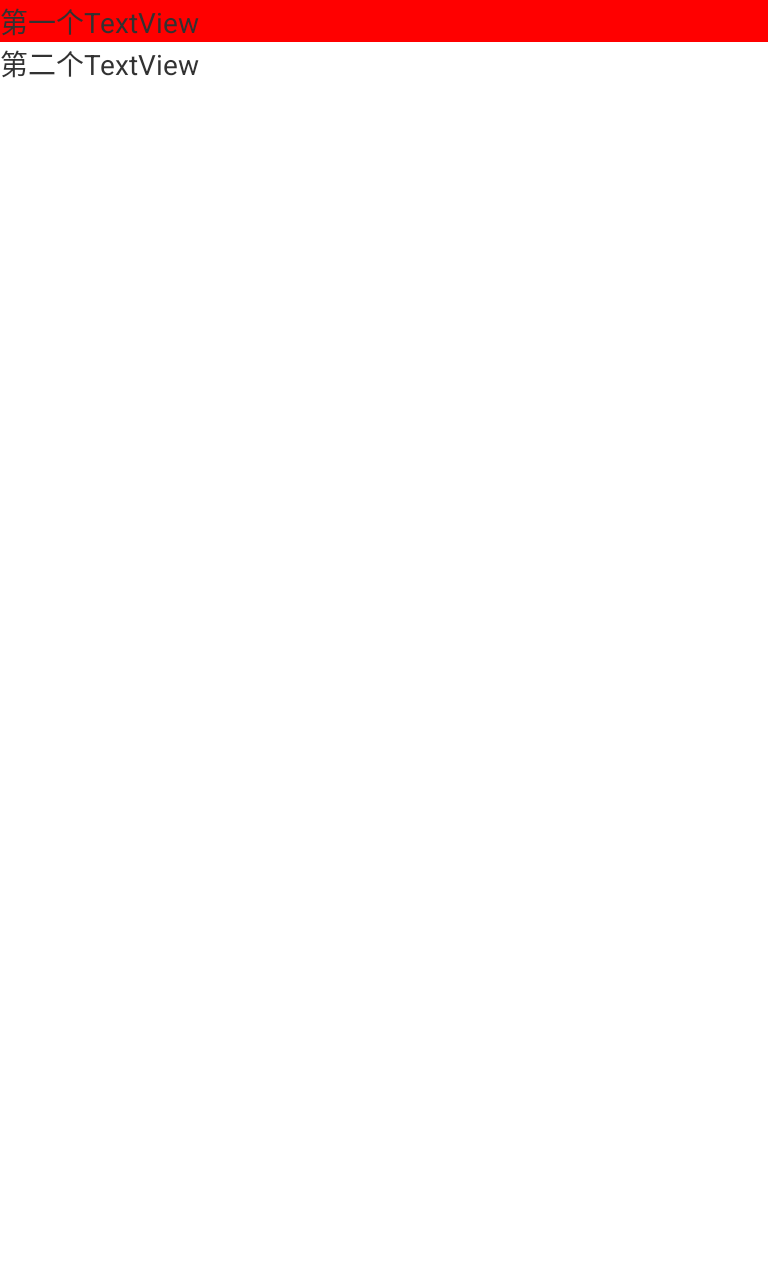
Repository: mrhanliang/Android_4.2
Layout: S01_E07_Layout/res/layout/first_layout.xml
The author's editor kept a copy of each file at every save. The layout is drawn from the files as they stood at one save, then again after the next save.
It is drawn on a 768 x 1280 px phone screen (xhdpi) without system bars, with theme AppTheme; the app's code is not run.

Above is the layout before, as saved 2015-11-29 12:15:47.

After the next save:
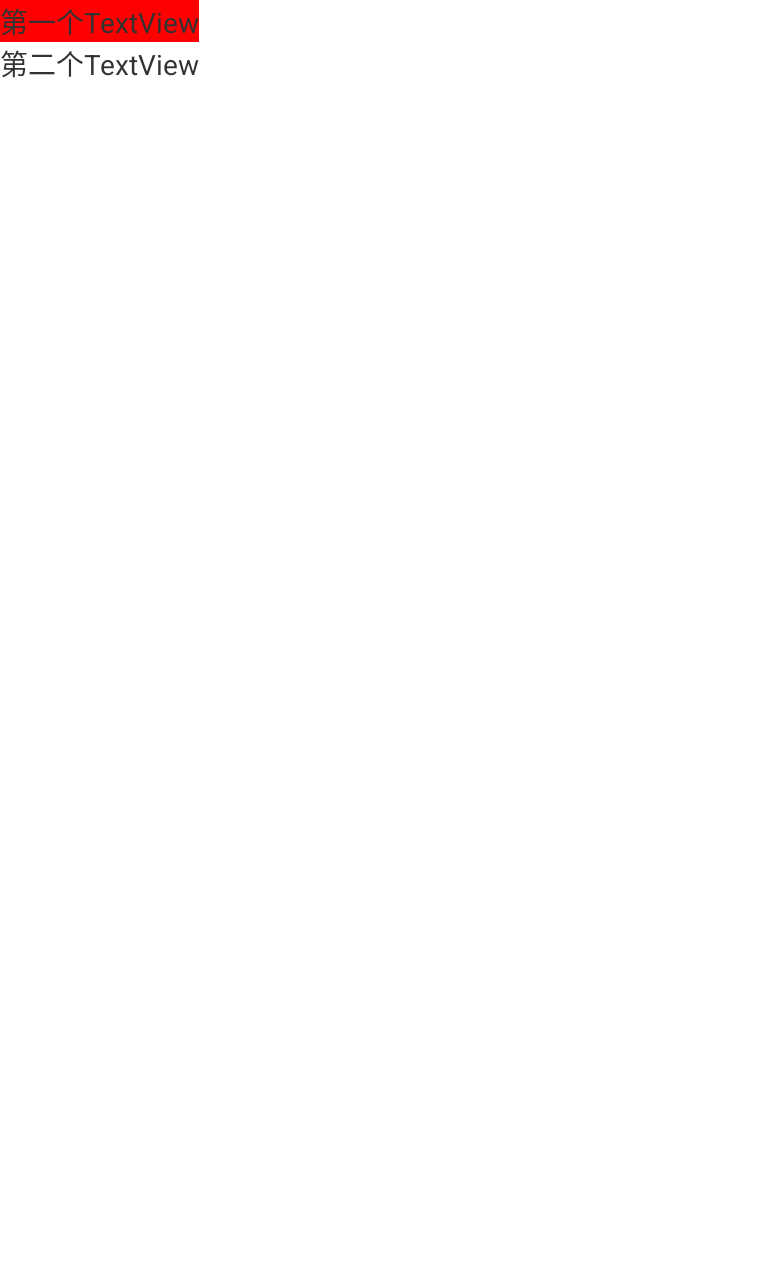
Saved 27 s later.
--- a/S01_E07_Layout/res/layout/first_layout.xml
+++ b/S01_E07_Layout/res/layout/first_layout.xml
@@ -5,13 +5,13 @@
     android:orientation="vertical" >
     <TextView
         android:layout_height="wrap_content"
-        android:layout_width="match_parent"
+        android:layout_width="wrap_content"
         android:background="#FF0000"
         android:text="第一个TextView"/>
 
     <TextView
         android:layout_height="wrap_content"
-        android:layout_width="match_parent"
+        android:layout_width="wrap_content"
         android:text="第二个TextView"/>
 
 </LinearLayout>
